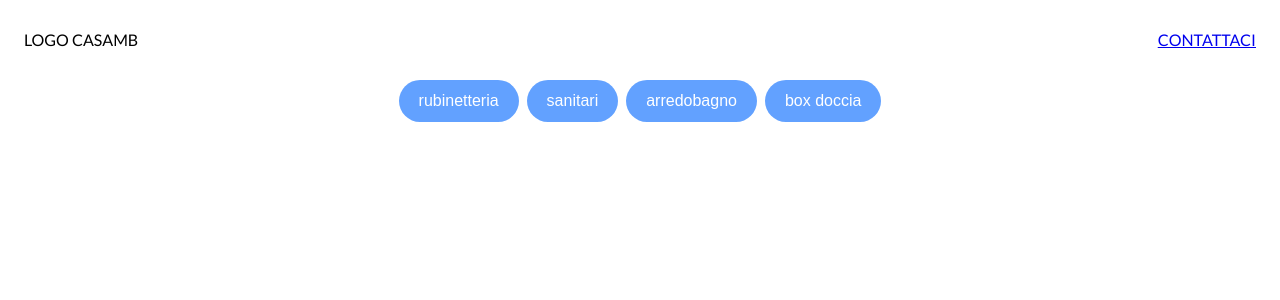
Repository: nicolorz/casamb
Page: /
The author's editor kept a copy of each file at every save. The page is drawn from the files as they stood at one save, then again after the next save.
The browser window is 1280 px wide. The pictures show the whole page.
The project was rebuilt for these pictures with package versions that can differ from the ones it lists, and the page was loaded fresh each time. Also part of the build but not shown: src/index.css, src/App.css.

Above is the page before, as saved 2023-07-18 18:31:20.

### src/index.js
import React from 'react';
import ReactDOM from 'react-dom/client';
import './index.css';
import './assets/css/reset.css'
import './assets/css/style.css'
import App from './App';
import reportWebVitals from './reportWebVitals';

const root = ReactDOM.createRoot(document.getElementById('root'));
root.render(
  <React.StrictMode>
    <App />
  </React.StrictMode>
);

// If you want to start measuring performance in your app, pass a function
// to log results (for example: reportWebVitals(console.log))
// or send to an analytics endpoint. Learn more: https://bit.ly/CRA-vitals
reportWebVitals();

### src/assets/css/style.css
@import url('https://fonts.googleapis.com/css2?family=Lato:ital,wght@0,300;0,400;0,700;1,300;1,400;1,700&display=swap');

html, body {
  margin: 0;
  padding: 0;
  font-size: 16px;
  font-family: 'Lato', sans-serif;
}

.main-wrapper {
  width: 100vw;
  height: 100vh;
  background-color: #fff;
/*   display: flex;
  flex-flow: row nowrap; */
}

/* .sidebar {
  flex: 1;
  background-color: #f6f6f6;
  display: flex;
  flex-flow: column nowrap;
}

.card-wrapper {
  flex: 4;
  padding: 1rem;
  box-sizing: border-box;
  background-color: #EFF8FF;
  border: 1px solid #62A1FF;
  display: flex;
  flex-flow: row nowrap;
  align-items: flex-start;
  gap: 1rem;
}

.footer, .area-buttons {
  width: 100%;
  padding: 1rem;
  box-sizing: border-box;
  background-color: #EFF8FF;
  border: 1px solid #62A1FF;
}

.foooter {
  flex: 0 1 auto;
}

.area-buttons {
  flex: 1 0 auto;
}

.area-buttons {
  display: flex;
  flex-flow: column nowrap;
  gap: 0.5rem;
}

.area-buttons > button {
  align-self: flex-start;
}

.card {
  flex: 0 1 33%;
  padding: 1rem;
  background-color: #62A1FF;
  /* align-self: flex-start;
}

.card > img {
  width: 100%;
} */

### src/App.js
import logo from './logo.svg';
import './App.css';
import  {Header} from './components/HeaderWrapper/HeaderWrapper';

function App() {

  return (
    <div className="main-wrapper">
      <Header />
    </div>
  );
}

export default App;

### src/components/HeaderWrapper/HeaderWrapper.js
import './Header.css'
import { HeaderBottom } from './HeaderBottom'
import { HeaderTop } from './HeaderTop'

export const Header = () => {
    return <div className="header">
        <HeaderTop />
        <HeaderBottom />
    </div>
}

### src/components/HeaderWrapper/Header.css
.header {
    width: 100%;
    padding: 0 24px;
    box-sizing: border-box;
    position: fixed;
    top: 0;
    left: 0;
}

.header-top {
    width: 100%;
    display: flex;
    flex-flow: row nowrap;
    justify-content: space-between;
    align-items: center;
}

.header-top_logo {
    padding: 2rem 0;
}

.header-bottom {
    width: 100%;
    display: flex;
    flex-flow: column nowrap;
    align-items: center;
}

.sorting-area {
    max-width: 900px;
    display: flex;
    flex-flow: row wrap;
    justify-content: center;
    gap: 0.5rem;
}

### src/components/HeaderWrapper/HeaderBottom.js
import { SortingBtn } from "../SortingBtn/Sortingbtn"

const sortingButtons = [
    {
        tag: 'rubinetteria',
        label: 'rubinetteria',
        backgroundColor: '#986562',
        color: true
    },
    {
        tag: 'sanitari',
        label: 'sanitari',
        backgroundColor: '#986562',
        color: true
    },
    {
        tag: 'arredobagno',
        label: 'arredobagno',
        backgroundColor: '#986562',
        color: true
    },
    {
        tag: 'boxdoccia',
        label: 'box doccia',
        backgroundColor: '#986562',
        color: true
    }
];

export const HeaderBottom = () => {
    return (
        <div className="header-bottom">
            <div className="sorting-area">
                {sortingButtons.map((el) => {
                    return (
                        <SortingBtn key={el.tag} button={el} />
                    )
                })}
            </div>
        </div>
    )
}

### src/components/HeaderWrapper/HeaderTop.js
export const HeaderTop = () => {
    return <div className="header-top">
        <div className="header-top_logo">LOGO CASAMB</div>
        <a href="*" target="_self">CONTATTACI</a>
    </div>
}

### src/components/SortingBtn/Sortingbtn.js
import './Sortingbtn.css'

export const SortingBtn = ({button}) => {
    return <button className="sorting-btn">{button.label}</button>
};

### src/components/SortingBtn/Sortingbtn.css
.sorting-btn {
    background-color: #62A1FF;
    color: #fff;
    padding: 12px 20px;
    border: none;
    border-radius: 50px;
    -webkit-border-radius: 50px;
    -moz-border-radius: 50px;
    -ms-border-radius: 50px;
    -o-border-radius: 50px;
    font-size: 16px;
    cursor: pointer;
    transition: all 0.3s;
    -webkit-transition: all 0.3s;
    -moz-transition: all 0.3s;
    -ms-transition: all 0.3s;
    -o-transition: all 0.3s;
}

.sorting-btn:hover {
    background-color: #4B84DA;
}

Loaded but not shown: public/index.html (common file); src/assets/css/reset.css (common file); src/reportWebVitals.js (common file)

After the next save:
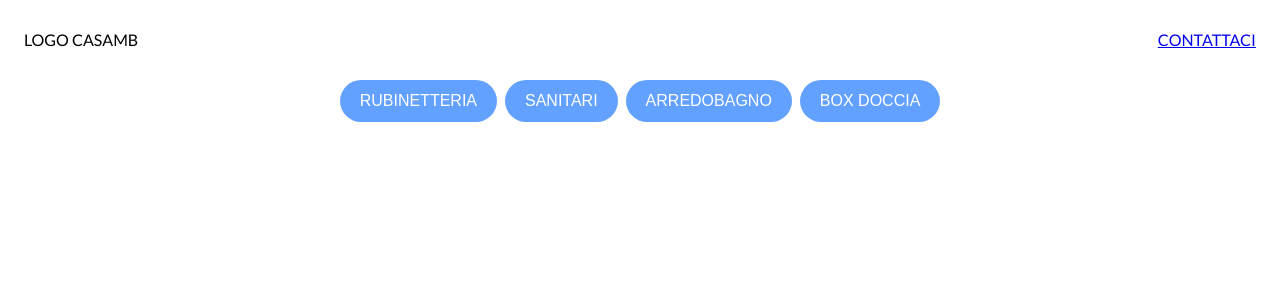
Saved 20 s later.
--- a/src/components/SortingBtn/Sortingbtn.js
+++ b/src/components/SortingBtn/Sortingbtn.js
@@ -1,5 +1,5 @@
 import './Sortingbtn.css'
 
 export const SortingBtn = ({button}) => {
-    return <button className="sorting-btn">{button.label}</button>
+    return <button className="sorting-btn">{button.label.toUpperCase()}</button>
 };
